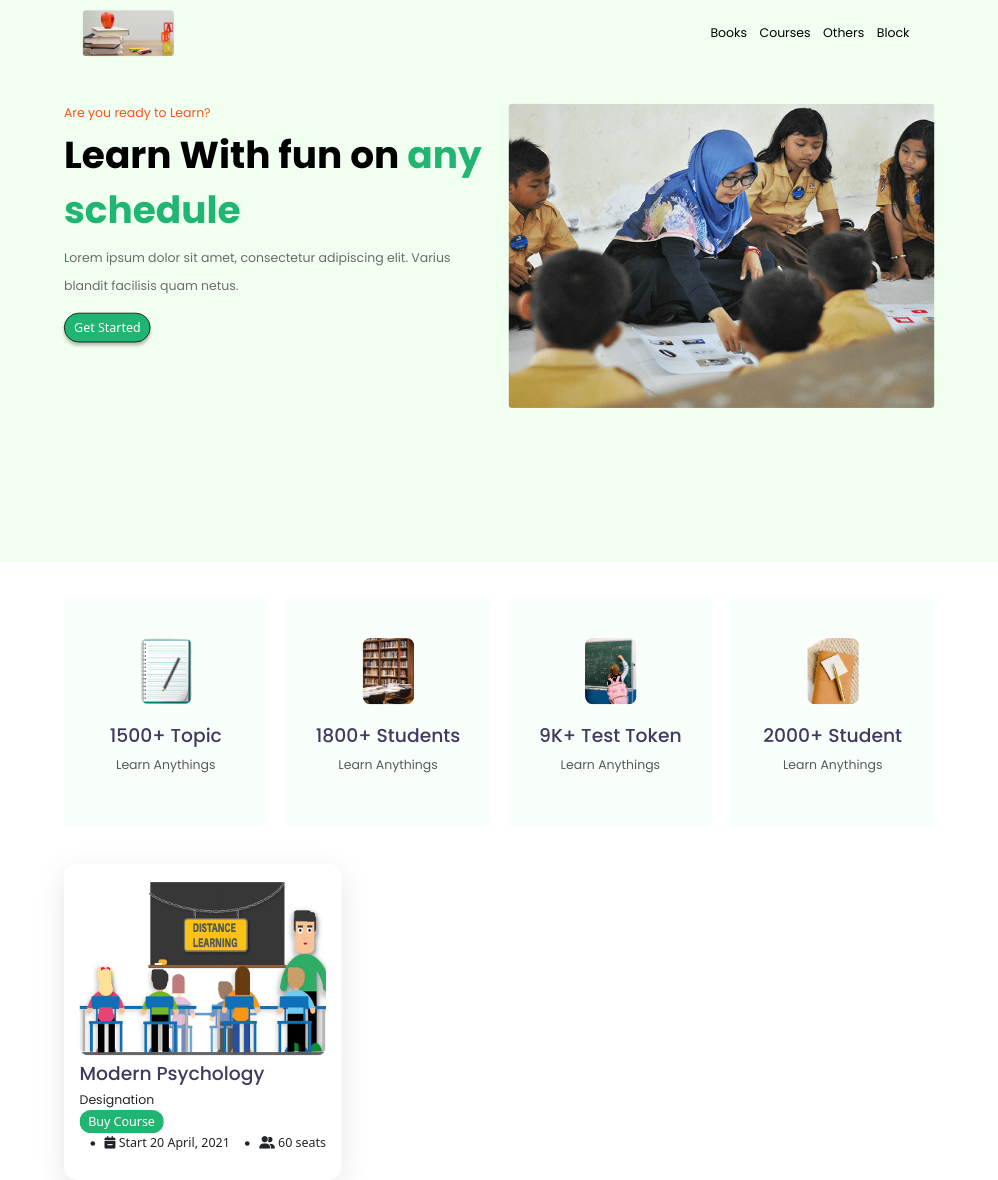
Repository: zjria/Figma-to-E-school
Page: index.html
An editor plug-in stored every save of this project. The page is shown before and after the next save, followed by the edit.
The browser window is 1280 px wide. The pictures show the whole page, at 78% of full size.
Some web libraries are served in a nearby version.

Above is the page before, as saved 2022-05-07 08:03:49.

### index.html
<!doctype html>
<html lang="en">
  <head>
    <!-- Required meta tags -->
    <meta charset="utf-8">
    <meta name="viewport" content="width=device-width, initial-scale=1">
    <title>E-School</title>

    <!-- Google Font family -->
    <link rel="preconnect" href="https://fonts.googleapis.com">
    <link rel="preconnect" href="https://fonts.gstatic.com" crossorigin>
    <link href="https://fonts.googleapis.com/css2?family=Poppins:wght@100;300;400;500;600;700;800;900&display=swap" rel="stylesheet">
    <!-- Bootstrap CSS -->
    <link href="https://cdn.jsdelivr.net/npm/bootstrap@5.0.2/dist/css/bootstrap.min.css" rel="stylesheet">
    <!-- Font awesome -->
    <link rel="stylesheet" href="https://cdnjs.cloudflare.com/ajax/libs/font-awesome/6.1.1/css/all.min.css">
    <!-- custom css -->
    <link rel="stylesheet" href="style.css">
  </head>
  <body>
    <section class="hero-section">
        <div class="container">
            <div class="row">
                <nav class="navbar navbar-expand-md navbar-light">
                    <div class="container-fluid">
                      <a class="navbar-brand" href="#"><img class="img-fluid rounded-3" src="images/logo.png" alt=""></a>
                      <button class="navbar-toggler" type="button" data-bs-toggle="collapse" data-bs-target="#navbarSupportedContent" aria-controls="navbarSupportedContent" aria-expanded="false" aria-label="Toggle navigation">
                        <span class="navbar-toggler-icon"></span>
                      </button>
                      <div class="collapse navbar-collapse" id="navbarSupportedContent">
                        <ul class="navbar-nav me-auto mb-2 mb-lg-0">
                          <li class="nav-item">
                            <a class="nav-link" href="#">Books</a>
                          </li>
                          <li class="nav-item">
                            <a class="nav-link" href="#">Courses</a>
                          </li>
                          <li class="nav-item">
                            <a class="nav-link" href="#">Others</a>
                          </li>
                          <li class="nav-item">
                            <a class="nav-link" href="#">Block</a>
                          </li>
                        </ul>

                      </div>
                    </div>
                  </nav>
            </div>
            <!-- Header Content Section -->
            <div class="row pt-5">
              <div class="col-md-6 hero-content">
                <h5>Are you ready to Learn?</h5>
                <h1>Learn With fun on <span>any schedule</span></h1>
                <p>Lorem ipsum dolor sit amet, consectetur adipiscing elit. Varius blandit facilisis quam netus.</p>
                <a href="" class="btn btn-custom">Get Started</a>
              </div>
              <div class="col-md-6">
                <img src="images/hero-img.png" class="img-fluid rounded-3" alt="">
              </div>
            </div>
        </div>
    </section>

     <!-- Feature -->
     <section class="feature mt-5 mb-5">
      <div class="container">
        <div class="row">
          <div class="col-md-3">
            <div class="feature-content text-center">
              <img src="images/price-1.png" class="img-fluid" alt="">
              <h3>1500+ Topic</h3>
              <p>Learn Anythings</p>
            </div>
          </div>
          <div class="col-md-3">
            <div class="feature-content text-center">
              <img src="images/price-2.png" class="img-fluid" alt="">
              <h3>1800+ Students</h3>
              <p>Learn Anythings</p>
            </div>
          </div>
          <div class="col-md-3">
            <div class="feature-content text-center">
              <img src="images/price-3.png" class="img-fluid" alt="">
              <h3>9K+ Test Token</h3>
              <p>Learn Anythings</p>
            </div>
          </div>
          <div class="col-md-3">
            <div class="feature-content text-center">
              <img src="images/price-4.png" class="img-fluid" alt="">
              <h3>2000+ Student</h3>
              <p>Learn Anythings</p>
            </div>
          </div>
        </div>
      </div>
     </section>

     <!-- Online Course -->
     <section class="online-course">
       <div class="container">
         <div class="row">
           <div class="col-md-4">
            <div class="course">
              <img src="images/online-1.png" class="img-fluid" alt="">
              <h2>Modern Psychology</h2>
              <h6>Designation</h6>
              <a href="" class="btn btn-cours">Buy Course</a>
              <ul>
                <li><i class="fa-solid fa-calendar-minus"></i> Start 20  April, 2021</li>
                <li><i class="fa-solid fa-user-group"></i> 60 seats</li>
              </ul>
            </div>
           </div>
           <div class="col-md-4"></div>
           <div class="col-md-4"></div>
         </div>
       </div>
     </section>






    <!-- Option 1: Bootstrap Bundle with Popper -->
    <script src="https://cdn.jsdelivr.net/npm/bootstrap@5.0.2/dist/js/bootstrap.bundle.min.js"></script>
  </body>
</html>

### style.css
/* font-family: 'Poppins', sans-serif; */
.hero-section{
    background: #F0FFF0;
    min-height: 100vh;
}
.navbar-light .navbar-nav .nav-link {
    color: rgb(0, 0, 0);
    font-family: 'Poppins', sans-serif;
    font-style: normal;
    font-weight: 400;
    font-size: 16px;
    line-height: 24px;
}
.navbar-light .navbar-nav .nav-link:hover {
    color: #C2B49D;
}
.navbar-brand img{
    width: 15%;
}
.hero-content h5 {
    font-family: 'Poppins';
    font-style: normal;
    font-weight: 400;
    font-size: 16px;
    line-height: 24px;
    color: #FD511A;
}
.hero-content h1 {
    font-family: 'Poppins';
    font-style: normal;
    font-weight: 700;
    font-size: 48px;
    line-height: 70px;
    color: #000000;
}
.hero-content h1 span{
    color: #21B573
}
.hero-content p {
    font-family: 'Poppins';
    font-style: normal;
    font-weight: 400;
    font-size: 16px;
    line-height: 36px;
    color: #6C6B6B;
}
.btn-custom{
    background: #21B573;
    border: 1px solid #000000;
    box-shadow: 0px 4px 4px rgba(0, 0, 0, 0.25);
    border-radius: 33px;
    color: #fff;
}
.feature-content{
    background: #F8FFFB;
    padding: 50px 0;
}
.feature-content img{
    width: 66px;
    height: 85px;
    margin-bottom: 22px;
    border-radius: 10px;

}
.feature-content h3{
font-family: 'Poppins';
font-style: normal;
font-weight: 500;
font-size: 24px;
line-height: 36px;color: #413960;
}
.feature-content p{
font-family: 'Poppins';
font-style: normal;
font-weight: 400;
font-size: 16px;
line-height: 24px;color: #585859;
}
.feature-content:hover{
    background: #FFFFFF;
    box-shadow: 0px 20px 40px rgba(0, 0, 0, 0.1);
    border-radius: 10px;
}
/* Online Course */
.course {

background: #FFFFFF;
box-shadow: 0px 10px 40px rgba(0, 0, 0, 0.1);
border-radius: 18px;padding: 20px;}
.course img{

border-radius: 11px;}
.course h2{

font-family: 'Poppins';
font-style: normal;
font-weight: 500;
font-size: 24px;
line-height: 36px;color: #413960;padding: 5px 0px;margin: 0;}
.course h6{

margin: 0;font-family: 'Poppins';

font-weight: 400;

line-height: 24px;}
.course .btn-cours{

background: #21B573;
border-radius: 33px;color: #fff;padding: 2px 10px;}
.course ul{

display: flex;justify-content: space-between;}
.course ul li {

}
.course ul li i{

}

After the next save:
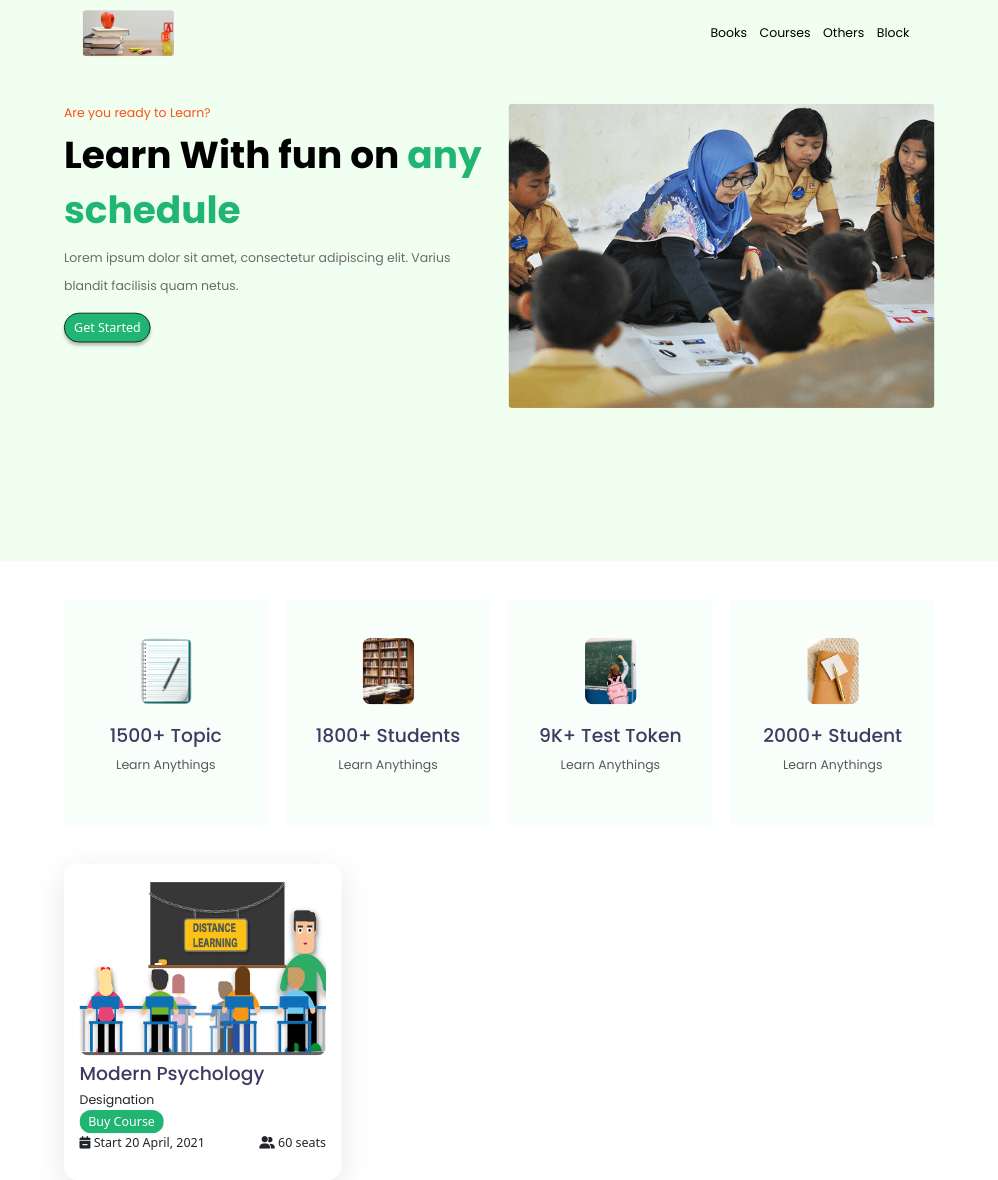
Saved 96 s later.
--- a/style.css
+++ b/style.css
@@ -110,10 +110,10 @@
 border-radius: 33px;color: #fff;padding: 2px 10px;}
 .course ul{
 
-display: flex;justify-content: space-between;}
+display: flex;justify-content: space-between;padding: 0;}
 .course ul li {
 
-}
+list-style: none;margin: 0px;padding: 0px;}
 .course ul li i{
 
 }
